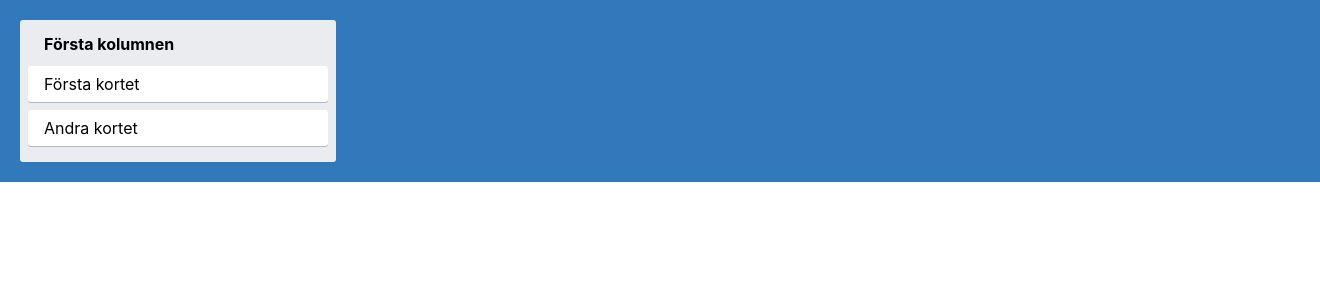
Repository: elander/grundkursen
Page: /
An editor plug-in stored every save of this project. The page is shown before and after the next save, followed by the edit.
The browser window is 1280 px wide. The page is 1320 px wide, so the pictures cover 1320 px, including what lies to the right of the window. The pictures show the whole page.
The project was rebuilt for these pictures with package versions that can differ from the ones it lists, and the page was loaded fresh each time. Also part of the build but not shown: src/App.css.

Above is the page before, as saved 2022-04-25 10:21:07.

### src/App.tsx
import './App.css';

import {
  AppContainer,
  CardContainer,
  ColumnContainer,
  ColumnTitle
} from './styles';

import React from 'react';

function App() {

  return (
    <AppContainer>
      <ColumnContainer>
      <ColumnTitle>Första kolumnen</ColumnTitle>
      <CardContainer>Första kortet</CardContainer>
      <CardContainer>Andra kortet</CardContainer>
      </ColumnContainer>
    </AppContainer>
  );
}

export default App;

### src/styles.ts
import styled from "styled-components";

export const AppContainer = styled.div`
align-items: flex-start;
background-color: #3179ba;
display: flex;
flex-direction: row;
height: 100%;
padding: 20px;
width: 100%;
`;

export const ColumnContainer = styled.div`
background-color: #ebecf0;
width: 300px;
min-height: 40px;
margin-right: 20px;
border-radius: 3px;
padding: 8px 8px;
flex-grow: 0;
`;

export const ColumnTitle = styled.div`
padding: 6px 16px 12px;
font-weight: bold;
`;

export const CardContainer = styled.div`
background-color: #fff;
cursor: pointer;
margin-bottom: 0.5rem;
padding: 0.5rem 1rem;
max-width: 300px;
border-radius: 3px;
box-shadow: #091e4240 0px 1px 0px 0px;
`;

Loaded but not shown: public/index.html (common file); src/index.tsx (common file); src/index.css (common file); src/reportWebVitals.ts (common file)

After the next save:
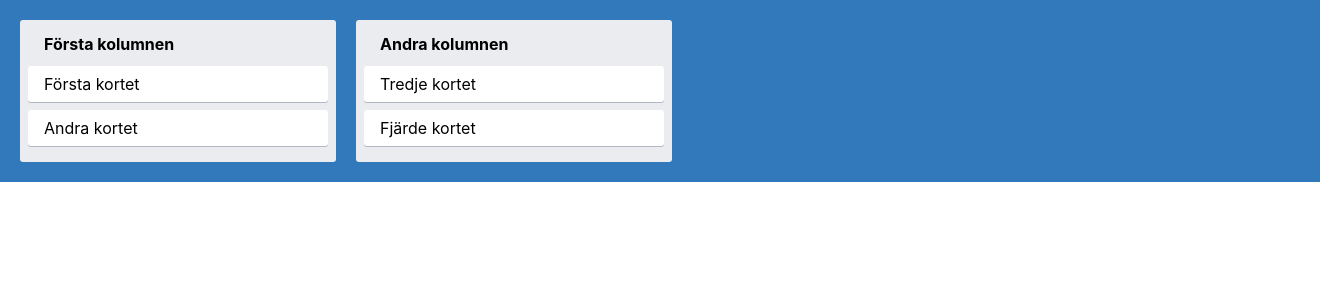
Saved 61 s later.
--- a/src/App.tsx
+++ b/src/App.tsx
@@ -18,6 +18,11 @@ function App() {
       <CardContainer>Första kortet</CardContainer>
       <CardContainer>Andra kortet</CardContainer>
       </ColumnContainer>
+      <ColumnContainer>
+      <ColumnTitle>Andra kolumnen</ColumnTitle>
+      <CardContainer>Tredje kortet</CardContainer>
+      <CardContainer>Fjärde kortet</CardContainer>
+      </ColumnContainer>
     </AppContainer>
   );
 }
